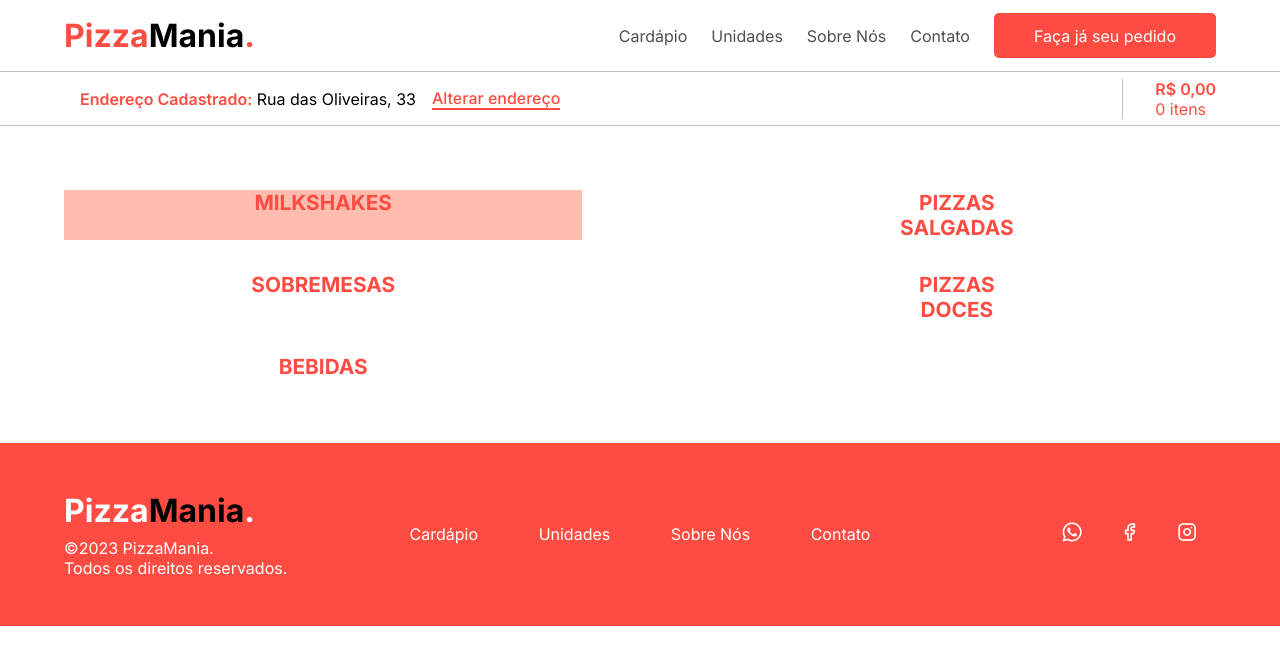
Repository: lucas-albuq/PizzaMania
Page: assets/pages/cardapio.html
The author's editor kept a copy of each file at every save. The page is drawn from the files as they stood at one save, then again after a run of saves.
The browser window is 1280 px wide. The pictures show the whole page.
Some icons come from a web library that is not loaded, so they are not drawn. Some web libraries are served in a nearby version.

Above is the page before, as saved 2024-01-04 20:51:43.

### assets/pages/cardapio.html
<!DOCTYPE html>
<html lang="en">
<head>
    <meta charset="UTF-8">
    <meta name="viewport" content="width=device-width, initial-scale=1.0">
    <title>PizzaMania. - Cardápio</title>
    <link rel='stylesheet' href='https://cdn-uicons.flaticon.com/2.0.0/uicons-regular-rounded/css/uicons-regular-rounded.css'>
    <link rel="stylesheet" href="/assets/fonts/style.css">
    <link rel="stylesheet" href="/assets/css/pizzamania.css">
</head>
<body>
    <div id="header"></div>
    <main>
        <div class="categorias-cardapio">
            <div class="milkshakes">
                <h2>Milkshakes</h2>
            </div>
            <div class="pizzas-salgadas">
                <h2>Pizzas <br>Salgadas</h2>
            </div>
            <div class="sobremesas">
                <h2>Sobremesas</h2>
            </div>
            <div class="pizzas-doces">
                <h2>Pizzas <br>Doces</h2>
            </div>
            <div class="bebidas">
                <h2>Bebidas</h2>
            </div>
        </div>
    </main>
    <div id="footer"></div>
    <script src="https://ajax.googleapis.com/ajax/libs/jquery/3.1.0/jquery.min.js"></script>
    <script src="../../main.js"></script>
</body>
</html>

### assets/fonts/style.css
@font-face {
  font-family: 'icomoon';
  src:  url('fonts/icomoon.eot?r532as');
  src:  url('fonts/icomoon.eot?r532as#iefix') format('embedded-opentype'),
    url('fonts/icomoon.ttf?r532as') format('truetype'),
    url('fonts/icomoon.woff?r532as') format('woff'),
    url('fonts/icomoon.svg?r532as#icomoon') format('svg');
  font-weight: normal;
  font-style: normal;
  font-display: block;
}

[class^="icon-"], [class*=" icon-"] {
  /* use !important to prevent issues with browser extensions that change fonts */
  font-family: 'icomoon' !important;
  speak: never;
  font-style: normal;
  font-weight: normal;
  font-variant: normal;
  text-transform: none;
  line-height: 1;

  /* Better Font Rendering =========== */
  -webkit-font-smoothing: antialiased;
  -moz-osx-font-smoothing: grayscale;
}

.icon-delivery:before {
  content: "\e909";
}
.icon-pizza:before {
  content: "\e90a";
}
.icon-fatia:before {
  content: "\e90b";
}
.icon-whatsapp:before {
  content: "\e900";
}
.icon-brand:before {
  content: "\e900";
}
.icon-social:before {
  content: "\e900";
}
.icon-facebook:before {
  content: "\e902";
}
.icon-instagram:before {
  content: "\e903";
}
.icon-mail:before {
  content: "\e904";
}
.icon-map-pin:before {
  content: "\e905";
}
.icon-menu:before {
  content: "\e901";
}
.icon-phone:before {
  content: "\e906";
}
.icon-x:before {
  content: "\e907";
}
.icon-youtube:before {
  content: "\e908";
}

### assets/css/pizzamania.css
@import url('https://fonts.googleapis.com/css2?family=Inter:wght@100;200;300;400;500;600;700;800;900&display=swap');

:root {
  --base-hue: 3;
  --primary-color: hsl(var(--base-hue), 100%, 63%);
  --secondary-color: hsl(var(--base-hue), 0%, 0%);
  --text-color: hsl(var(--base-hue), 0%, 31%);
  --text-hover-color: hsl(var(--base-hue), 0%, 51%);
  --background-color: hsl(var(--base-hue), 0%, 100%);
  --button-background: hsl(var(--base-hue), 100%, 63%);
  --button-hover-background: hsl(var(--base-hue), 67%, 47%);
  --divider-color: hsl(var(--base-hue), 0%, 75%);
  --shadow-color:rgba(0, 0, 0, 0.25);
  --box-shadow: 0px 2px 8px 0px rgba(0, 0, 0, 0.25);
}

* {
  padding: 0;
  margin: 0;
  scroll-behavior: smooth;
  font-family: 'Inter', sans-serif;
  box-sizing: border-box;
}

header {
  display: flex;
  flex-direction: column;
  align-items: center;
}

main{
  max-width: 80em;
  width: 90%;
  margin: 4em auto;
  display: flex;
  flex-direction: column;
  gap: 4em;
}

section{
  display: flex;
  flex-direction: column;
  gap: 2em;
}

h2{
  font-size: 1.3em;
  color: var(--primary-color);
  text-transform: uppercase;
}

h3{
  font-size: 1.2em;
}

.header1, .header2 {
  display: flex;
  max-width: 80em;
  width: 90%;
  justify-content: space-between;
  align-items: center;
}

.header1 {
  padding: .8em 0;
}

.header2 {
  padding: .4em 0;
}

.header1 h1 a {
  color: var(--primary-color);
  font-size: 2rem;
}

.header1 h1 span {
  color: var(--secondary-color);
}

.header1_menus {
  display: flex;
  gap: 1.5em;
}

.header1 nav {
  display: flex;
  align-items: center;
}

.header1 ul {
  display: flex;
  list-style-type: none;
  align-items: center;
  justify-content: center;
  gap: 1.5em;
  align-items: center;
}

.header1 a {
  text-decoration: none;
  color: var(--text-color);
  font-size: 1rem;
  transition: color .2s;
}

.header1 nav a:hover {
  color: var(--text-hover-color);
}

.header1 button {
  padding: .8em 2.5em;
  border-radius: 5px;
  line-height: initial;
  align-self: center;
  background-color: var(--button-background);
  border: none;
  color: #FFF;
  font-size: 1rem;
  cursor: pointer;
  transition: background .2s;
}

.header1 button:hover {
  background-color: var(--button-hover-background);
}

.divider {
  border-bottom: 1px solid var(--divider-color);
  width: 100%;
}

.header2 .endereco, .header2 .carrinho {
  display: flex;
  gap: 1em;
  align-items: center;
}

.header2 .carrinho {
  border-left: 1px solid var(--divider-color);
  padding-left: 1em;
  cursor: pointer;
}

.header2 .fi, .header2 span, .carrinho p {
  color: var(--primary-color);
  transition: color .2s;
}

.header2 .endereco button {
  background: none;
  border: none;
  font-size: 1rem;
  color: var(--primary-color);
  font-weight: 500;
  border-bottom: 2px solid var(--primary-color);
  cursor: pointer;
  transition: color .2s;
}

.header2 .endereco button:hover {
  color: var(--button-hover-background);
  border-color: var(--button-hover-background);
}

.header2 .carrinho:hover .valor p, .carrinho:hover .fi {
  color: var(--button-hover-background);
}

.header2 span, .carrinho p:first-child {
  font-weight: 600;
}

footer{
  background-color: var(--primary-color);
}
footer .footer{
  display: flex;
  max-width: 80em;
  width: 90%;
  margin: 0 auto;
  justify-content: space-between;
  align-items: center;
  padding: 3em 0;
}
.footer .footer-menu{
  width: 40%;
}
.footer .footer-menu ul{
  display: flex;
  list-style-type: none;
  justify-content: space-between;
}
.footer .footer-menu a{
  color: var(--background-color);
  text-decoration: none;
  transition: color .2s
}
.footer-menu a:hover{
  color: var(--divider-color)
}
.footer-logo-copy, .footer-social-medias{
  width: 20%;
}
.footer-social-medias{
  display: flex;
  justify-content: end;
  align-items: center;
}
.footer-social-medias a{
  text-decoration: none;
}
.footer-social-medias div {
  color: var(--background-color);
  font-size: 1.2rem;
  padding: 1em;
  transition: all .5s ease;
}

.footer-social-medias div:hover {
  transform: translateY(-5px);
}
.footer-social-medias div::after{
  content: "";
  display: block;
  width: 0;
  height: 3px;
  margin-top: 3px;
  border-radius: 5px;
  background: var(--background-color);
  transition: all .2s ease;
}
.footer-social-medias div:hover::after{
  width: 100%;
}
.footer-logo-copy{
  display: flex;
  flex-direction: column;
  gap: .5em;
  color: var(--background-color)
}
.footer-logo-copy a{
  color: var(--background-color);
  text-decoration: none;
}
.footer-logo-copy a span{
  color: var(--secondary-color);
}
.servicos > div{
  display: flex;
  justify-content: space-between;
}
.servicos > div > div{
  box-shadow: var(--box-shadow);
  display: flex;
  flex-direction: column;
  align-items: center;
  justify-content: center;
  padding: 2.5em;
  width: 30%;
  gap: 1.5em;
  border-radius: 20px;
  border-bottom: var(--primary-color) solid 8px;
}

.servicos img{
  height: 3.5em;
}

.servicos p{
  text-align: center;
}

.carrossel .swiper {
  width: 100%;
  aspect-ratio: 16/6;
  border-radius: 20px;
}
.carrossel .swiper img{
  width: 100%;
  aspect-ratio: 16/6;
  filter: brightness(75%);
}
.swiper-pagination-bullet{
  padding: 3px;
}
.swiper-pagination-bullet-active{
  background: var(--primary-color);
}
.swiper-button-next, .swiper-button-prev{
  color: #FFF
}
.promocoes .swiper-slide, .assessments .swiper-slide{
  padding: 1em .2em;
}
.promocoes .card{
  display: flex;
  flex-direction: column;
  padding: 2em;
  gap: 2em;
  box-shadow: var(--box-shadow);
  border-radius: 20px;
}
.promocoes .card-top, .promocoes .card-bottom{
  display: flex;
  justify-content: space-between;
}
.promocoes .card-top-text{
  width: 65%;
  display: flex;
  flex-direction: column;
  gap: 1em;
}
.promocoes .card-top-image{
  width: 35%;
}
.promocoes .card-top-image img{
  width: 100%;
}
.promocoes .card-bottom p span{
  font-weight: bold;
  font-size: 1.2em;
}
.promocoes .card-bottom button{
  border: none;
  background: var(--button-background);
  padding: 0 3em;
  border-radius: 5px;
  color: #FFF;
  font-size: 1rem;
  cursor: pointer;
  transition: background .2s;
}
.promocoes .card-bottom button:hover{
  background: var(--button-hover-background);
}
.swiper-container{
  overflow: hidden;
}
/*Novamente reutilizando código antigo meu (é meu msm)*/
.assessments .assessments__container .swiper-wrapper{
  display: flex;
  flex-wrap: nowrap;
}
.assessments .assessments__container .assessments__assessment blockquote{
  padding: 2em;
  box-shadow: var(--box-shadow);
  border-radius: 20px;
  height: auto;
  width: 100%;
}
.assessments .assessments__container .assessments__assessment p{
  position: relative;
  text-indent: 1.875rem;
  margin-bottom: 1.5rem;
  color: var(--title-color);
}
.assessments .assessments__container .assessments__assessment p span{
  font-size: 4rem;
  font-family: serif;
  font-weight: 700;
  position: absolute;
  color: var(--primary-color);
  top: -1.375rem;
  left: -2.300rem;
}
.assessments .assessments__container .assessments__assessment cite {
  display: flex;
  align-items: center;
  font-style: normal;
  text-transform: capitalize;
}
.assessments .assessments__container .assessments__assessment cite img{
  height: 2rem;
  width: 2rem;
  object-fit: cover;
  clip-path: circle();
  margin-right: 0.5rem;
}
.categorias-cardapio{
  display: flex;
  flex-wrap: wrap;
  gap: 2em;
  justify-content: space-between;
}
.categorias-cardapio > div{
  width: 45%;
  text-align: center;
}
.categorias-cardapio .milkshakes{
  background-image: url("/assets/images/Milkshakes.png");
  background-clip: content-box  ;
}

### main.js
document.addEventListener('DOMContentLoaded', function() {
    const header = document.getElementById('header');
    const footer = document.getElementById('footer');

    fetch('/assets/html/header.html')
        .then(response => response.text())
        .then(data => {
            header.innerHTML = data;

            const fazerPedido = document.querySelector(".header1_menus button");
            fazerPedido.addEventListener("click", () => window.open('./assets/pages/cardapio.html', '_self'));
        });

    fetch('/assets/html/footer.html')
        .then(response => response.text())
        .then(data => {
            footer.innerHTML = data;
        });
});

### assets/html/header.html
<header>
        <div class="header1">
            <h1><a href="/index.html">Pizza<span>Mania</span>.</a></h1>
            <div class="header1_menus">
                <nav>
                    <ul>
                        <li><a href="#">Cardápio</a></li>
                        <li><a href="#">Unidades</a></li>
                        <li><a href="#">Sobre Nós</a></li>
                        <li><a href="#">Contato</a></li>
                    </ul>
                </nav>
                <button>
                    Faça já seu pedido
                </button>
            </div>
        </div>
        <div class="divider"></div>
        <div class="header2">
            <div class="endereco">
                <i class="fi fi-rr-home"></i>
                <p><span>Endereço Cadastrado:</span> Rua das Oliveiras, 33</p>
                <button>Alterar endereço</button>
            </div>
            <div class="carrinho">
                <i class="fi fi-rr-shopping-cart"></i>
                <div class="valor">
                    <p>R$ 0,00</p>
                    <p>0 itens</p>
                </div>
            </div>
        </div>
        <div class="divider"></div>
    </header>

### assets/html/footer.html
<footer>
    <div class="footer">
        <div class="footer-logo-copy">
            <h1><a href="/index.html">Pizza<span>Mania</span>.</a></h1>
            <p>
                ©2023 PizzaMania. <br>
                Todos os direitos reservados.
            </p>
        </div>
        <nav class="footer-menu">
            <ul>
                <li><a href="">Cardápio</a></li>
                <li><a href="">Unidades</a></li>
                <li><a href="">Sobre Nós</a></li>
                <li><a href="">Contato</a></li>
            </ul>
        </nav>
        <div class="footer-social-medias">
            <a href="#">
                <div class="icon-whatsapp"></div>
            </a>
            <a href="#">
                <div class="icon-facebook"></div>
            </a>
            <a href="#">
                <div class="icon-instagram"></div>
            </a>
        </div>
    </div>
</footer>

After the next 4 saves:
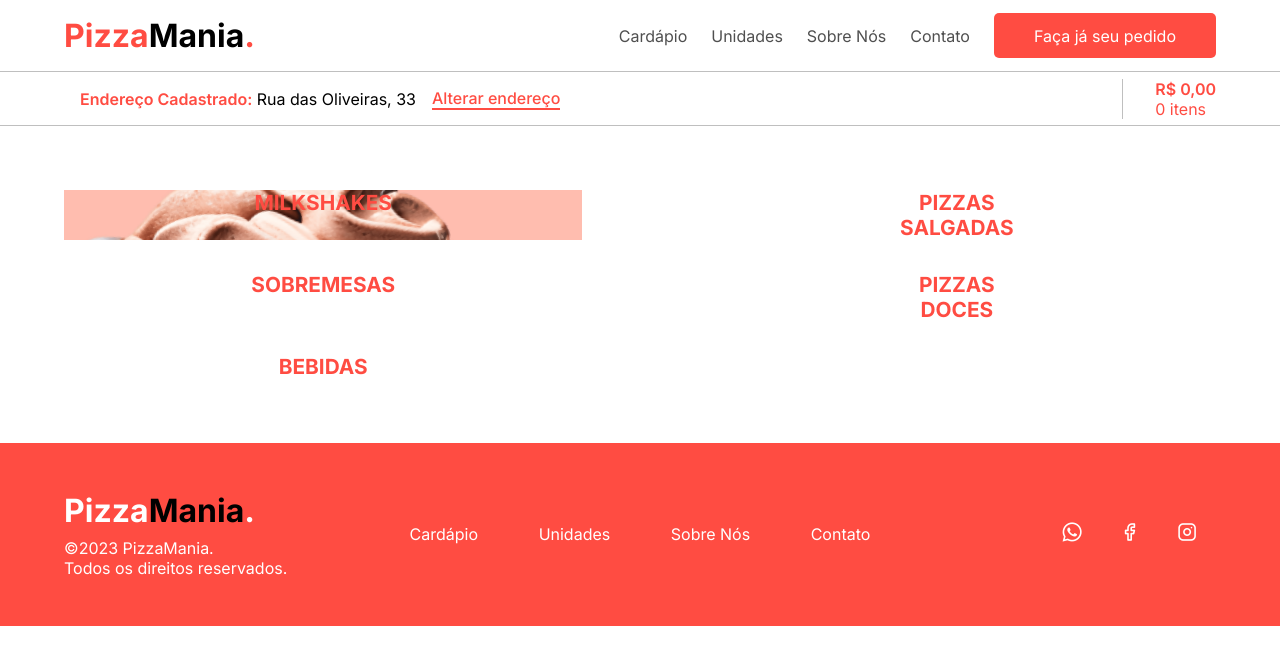
The 4 saves are shown as one change because they came seconds apart.
The last was saved 10 s later.
--- a/assets/css/pizzamania.css
+++ b/assets/css/pizzamania.css
@@ -389,5 +389,5 @@ footer .footer{
 }
 .categorias-cardapio .milkshakes{
   background-image: url("/assets/images/Milkshakes.png");
-  background-clip: content-box  ;
-}
+  background-position: 0;
+}
